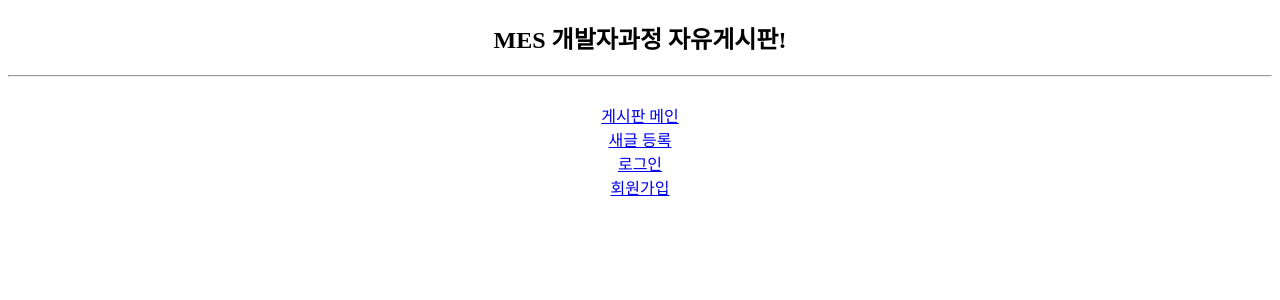
Repository: fffight88/MESboard
Page: http://localhost/practice_board_mvc/jsp/index.jsp
An editor plug-in stored every save of this project. The page is shown before and after the next save, followed by the edit.
The browser window is 1280 px wide. The pictures show the whole page.
The page is served by Tomcat 9. Other server files are loaded and not shown.

Above is the page before, as saved 2022-09-15 05:50:51.

### practice_board_mvc/src/main/webapp/jsp/index.jsp
<%@ page language="java" contentType="text/html; charset=UTF-8"
    pageEncoding="UTF-8"%>
<!DOCTYPE html>
<html>
<head>
<meta charset="UTF-8">
<title>MES 개발자과정 통합게시판</title>
</head>
<body>
	<div align="center">
		<h2>MES 개발자과정 자유게시판!</h2>
		<hr>
		<br>
		<a href="${ pageContext.request.contextPath }/board/list.do">게시판 메인</a><br>
		<a href="${ pageContext.request.contextPath }/board/writeForm.do" target='_blank'>새글 등록</a><br>
		<a href="${ pageContext.request.contextPath }/login/loginForm.do" target='_blank'>로그인</a><br>
		<a href="${ pageContext.request.contextPath }/login/joinForm.do" target='_blank'>회원가입</a><br>
	</div>
</body>
</html>

After the next save:
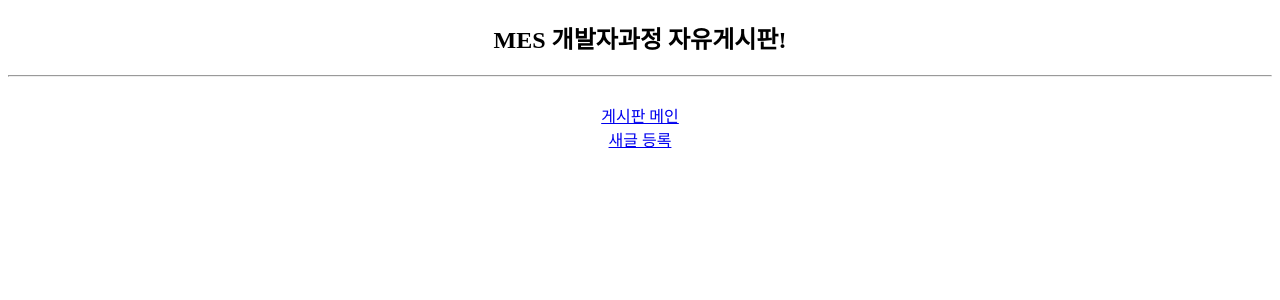
Saved 19 min 54 s later.
--- a/practice_board_mvc/src/main/webapp/jsp/index.jsp
+++ b/practice_board_mvc/src/main/webapp/jsp/index.jsp
@@ -12,9 +12,10 @@
 		<hr>
 		<br>
 		<a href="${ pageContext.request.contextPath }/board/list.do">게시판 메인</a><br>
-		<a href="${ pageContext.request.contextPath }/board/writeForm.do" target='_blank'>새글 등록</a><br>
+<!-- 		<a href="${ pageContext.request.contextPath }/board/writeForm.do" target='_blank'>새글 등록</a><br>
 		<a href="${ pageContext.request.contextPath }/login/loginForm.do" target='_blank'>로그인</a><br>
-		<a href="${ pageContext.request.contextPath }/login/joinForm.do" target='_blank'>회원가입</a><br>
+		<a href="${ pageContext.request.contextPath }/login/joinForm.do" target='_blank'>회원가입</a><br>  -->
+		<a href="${ pageContext.request.contextPath }/board/writeForm.do" onclick="window.open(this.href, 'writeForm', 'width=500, height=500, toolbars=no, scrollbars=no')">새글 등록</a>
 	</div>
 </body>
 </html>
